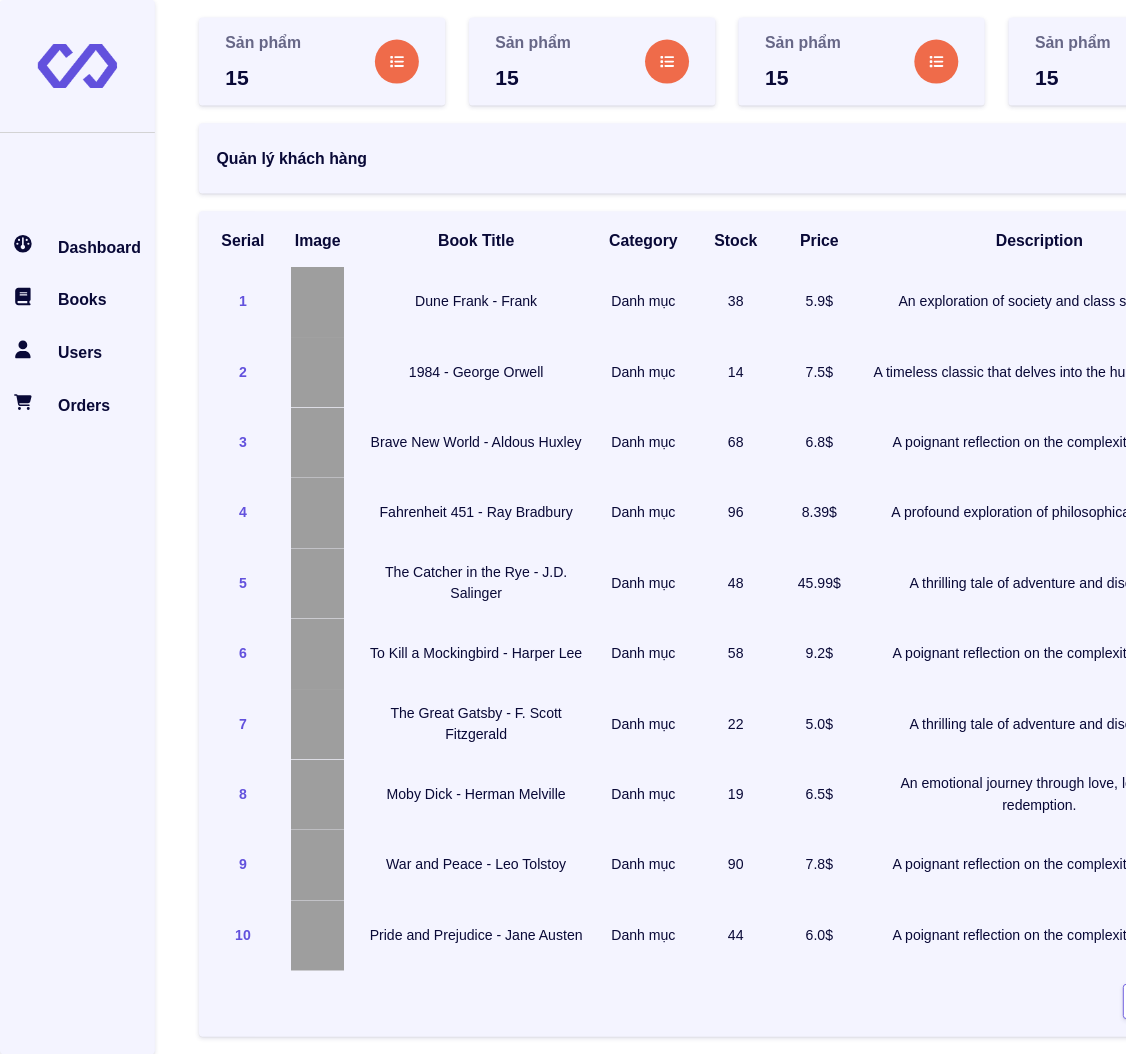
Repository: kauittt/BookStore_FE
Page: / (app in book-store/)
These files come from the project's save history. The page is drawn as it stood at one moment and after the next save; the edit follows.
The browser window is 1280 px wide. The pictures show the whole page, at 88% of full size.
Pictures or frames that could not be fetched are drawn as grey boxes. The project was rebuilt for these pictures with package versions that can differ from the ones it lists, and the page was loaded fresh each time. Also part of the build but not shown: book-store/vite.config.js, book-store/src/components/elements/FormInput.jsx, book-store/src/components/login-signup/Login.jsx, book-store/src/components/book/BookItem.jsx, book-store/src/components/book/BookList.jsx, book-store/src/components/elements/BackNavigation.jsx, book-store/src/components/book/BookDetail.jsx, book-store/src/components/cart/QuantitySelector.jsx and 4 more.

Above is the page before, as saved 2024-07-20 11:52:26.

After the next save:
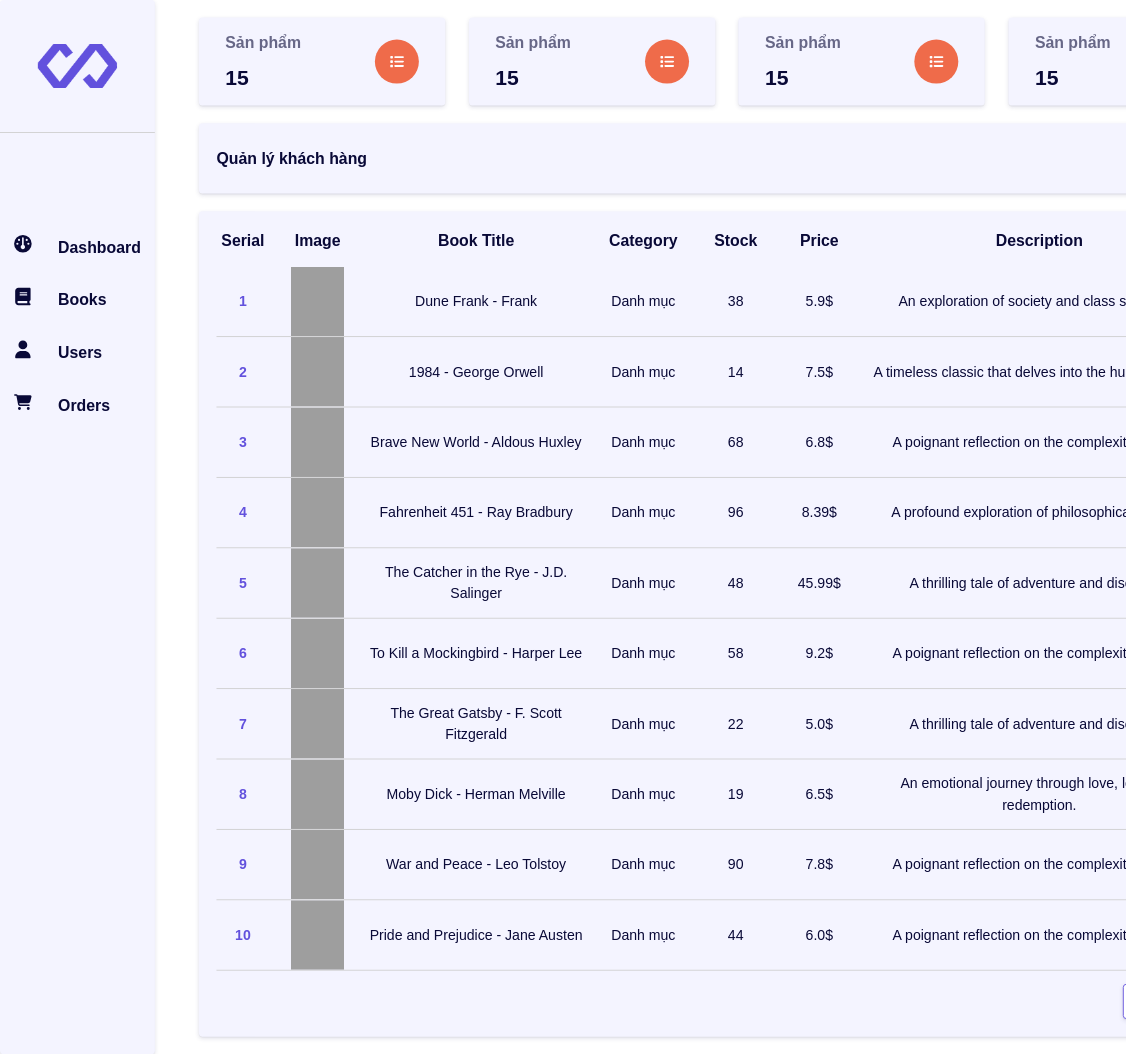
Saved 6 s later.
--- a/book-store/src/components/admin/ManageItem.jsx
+++ b/book-store/src/components/admin/ManageItem.jsx
@@ -15,7 +15,7 @@ const ManageItem = (props) => {
         <div
             className="flex justify-between  items-center
                 gap-[15px] h-[80px] relative
-                borderb border-border"
+                border-b border-border"
         >
             <p
                 className={`${props.category[0].style} font-semibold text-text-color`}
